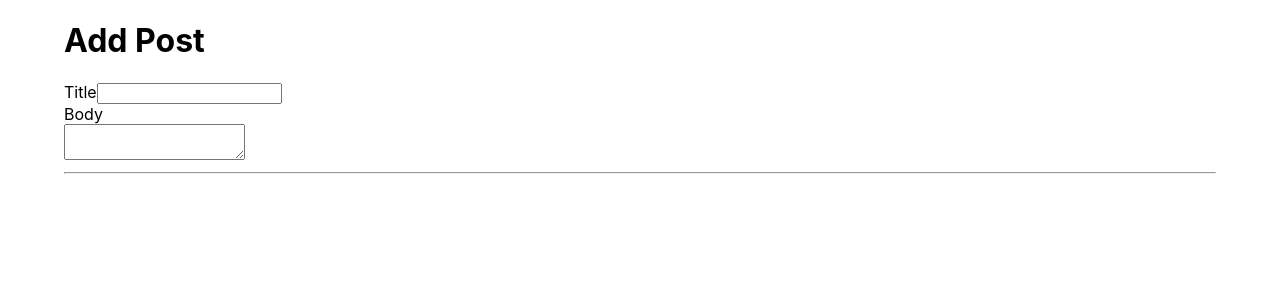
Repository: akinsikuoluwafemi/Red
Page: /
These files come from the project's save history. The page is drawn as it stood at one moment and after the next save; the edit follows.
The browser window is 1280 px wide. The pictures show the whole page.
The page's requests for data from a server got no answer. The project was rebuilt for these pictures with package versions that can differ from the ones it lists, and the page was loaded fresh each time. No one was signed in, and anything a server would have sent is missing.

Above is the page before, as saved 2021-01-18 09:05:17.

After the next save:
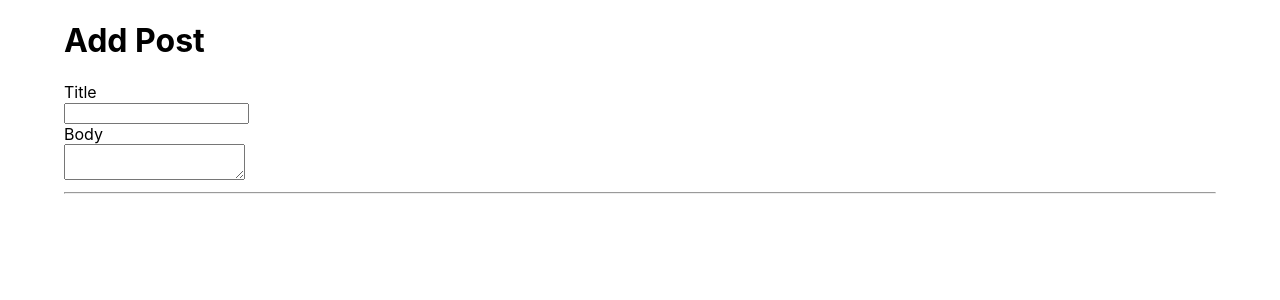
Saved 5 s later.
--- a/src/components/PostForm.js
+++ b/src/components/PostForm.js
@@ -11,7 +11,7 @@ import React, { Component } from 'react'
             <h1>Add Post</h1>
             <form>
               <div>
-                <label>Title</label>
+                <label>Title</label> <br/>
                 <input type="text" name="title"/>
               </div>
               <div>
